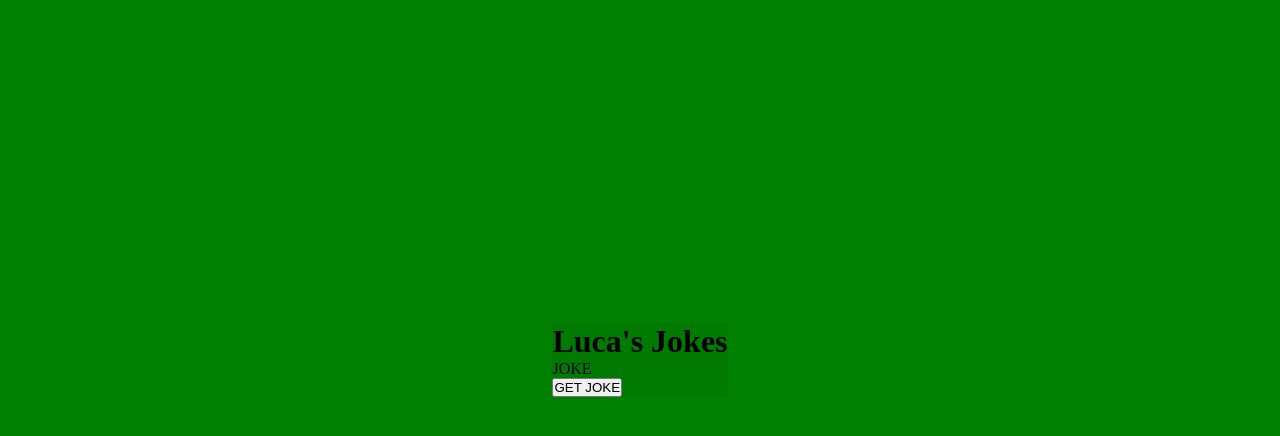
Repository: SerbanLuca/ChuckNorrisJokes-app
Page: /
An editor plug-in stored every save of this project. The page is shown before and after the next save, followed by the edit.
The browser window is 1280 px wide. The pictures show the whole page.
The project was rebuilt for these pictures with package versions that can differ from the ones it lists, and the page was loaded fresh each time.

Above is the page before, as saved 2021-04-07 13:46:39.

After the next save:
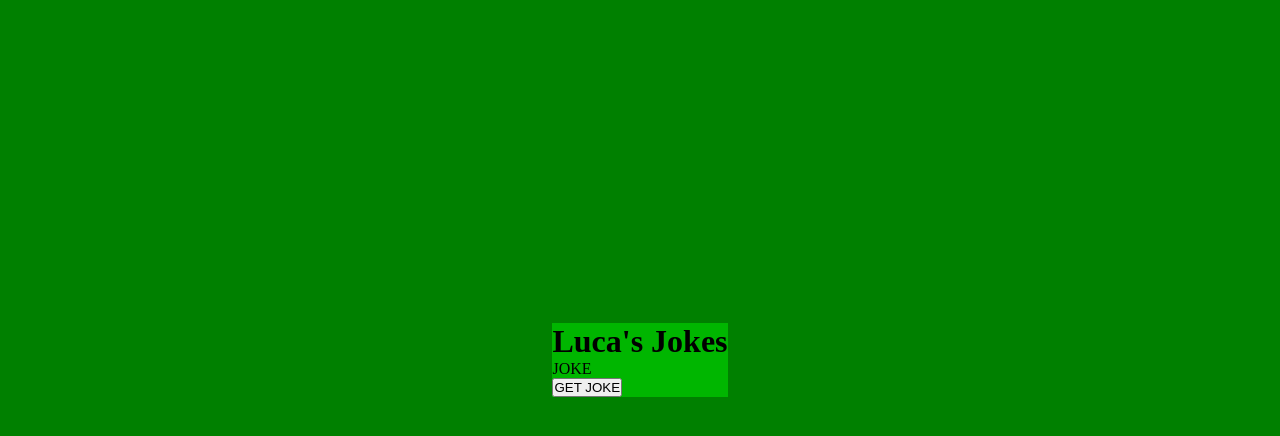
Saved 8 s later.
--- a/src/App.css
+++ b/src/App.css
@@ -16,7 +16,7 @@
 
 .container
 {
-  background-color: rgb(0, 122, 0);
+  background-color: rgb(0, 182, 0);
 }
 
 body
